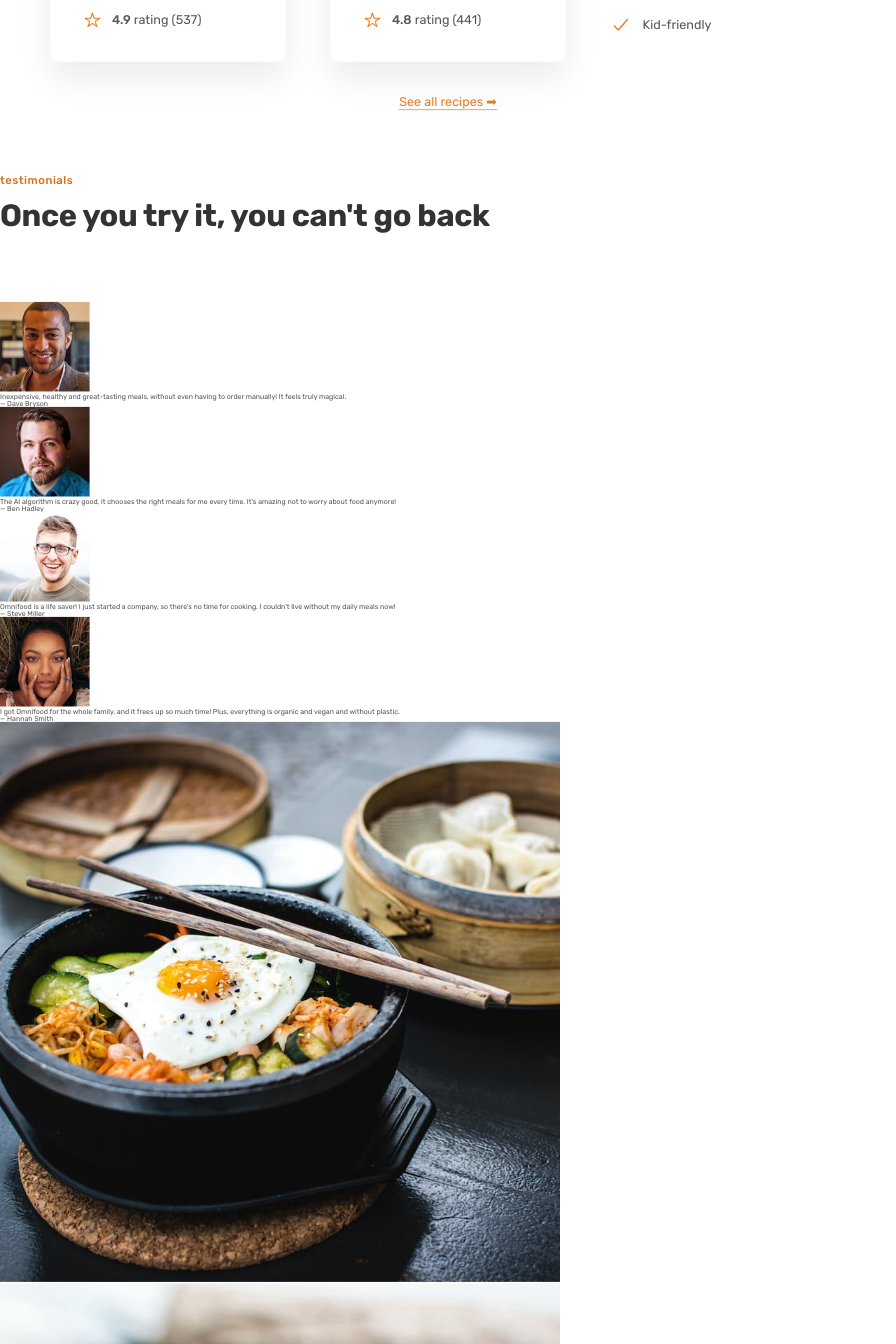
Repository: TranPhucThinh/Omnifood
Page: index.html
The author's editor kept a copy of each file at every save. The page is drawn from the files as they stood at one save, then again after the next save.
The browser window is 1280 px wide. The pictures show the part of the page from y = 3346 to 5266 px (the page is 14001 px tall before and 13220 px after), at 70% of full size.

Above is the page before, as saved 2022-08-06 21:33:51.

### index.html
<!DOCTYPE html>
<html lang="en">

<head>
    <meta charset="UTF-8">
    <meta http-equiv="X-UA-Compatible" content="IE=edge">
    <meta name="viewport" content="width=device-width, initial-scale=1.0">

    <link rel="preconnect" href="https://fonts.googleapis.com">
    <link rel="preconnect" href="https://fonts.gstatic.com" crossorigin>
    <link href="https://fonts.googleapis.com/css2?family=Rubik:wght@300;400;500;600;700;800;900&display=swap"
        rel="stylesheet">

    <link rel="stylesheet" href="./assets/styles/general.css">
    <link rel="stylesheet" href="./assets/styles/style.css">

    <title>Omnifood</title>
</head>

<body>
    <!-- SECTION HEADER -->
    <div class="header">
        <a href="#">
            <img src="./assets/imgs/omnifood-logo.png" alt="Omnifood logo" class="header-logo">
        </a>
        <nav class="main-nav">
            <ul class="main-nav-list">
                <li>
                    <a href="#" class="main-nav-link">How it works</a>
                </li>
                <li>
                    <a href="#" class="main-nav-link">Meals</a>
                </li>
                <li>
                    <a href="#" class="main-nav-link">Testimonials</a>
                </li>
                <li>
                    <a href="#" class="main-nav-link">Pricing</a>
                </li>
                <li>
                    <a href="#" class="main-nav-link nav-btn">Try for free</a>
                </li>
            </ul>
        </nav>
    </div>
    <!-- End of SECTION HEADER -->

    <!-- SECTION HERO -->
    <section class="section-hero">
        <div class="hero">
            <div class="hero-text-box">
                <h1 class="heading-primary">A healthy meal delivered to your door, every single day</h1>
                <p class="hero-desc margin-bottom-md">The smart 365-days-per-year food subscription that will make you
                    eat healthy again.
                    Tailored to your personal tastes and nutritional needs.</p>
                <a href="#" class="btn btn--full margin-right-sm">Start eating well</a>
                <a href="#" class="btn btn--outline">Learn more ⬇</a>
                <div class="delivered-meals">
                    <div class="delivered-imgs">
                        <img src="./assets/imgs/customers/customer-1.jpg" alt="customer 1">
                        <img src="./assets/imgs/customers/customer-2.jpg" alt="customer 2">
                        <img src="./assets/imgs/customers/customer-3.jpg" alt="customer 3">
                        <img src="./assets/imgs/customers/customer-4.jpg" alt="customer 4">
                        <img src="./assets/imgs/customers/customer-5.jpg" alt="customer 5">
                        <img src="./assets/imgs/customers/customer-6.jpg" alt="customer 6">
                    </div>
                    <p class="delivered-text">
                        <span>250,000+</span> meals delivered last year!
                    </p>
                </div>
            </div>
            <div class="hero-img-box">
                <img src="./assets/imgs/hero.png"
                    alt="woman enjoy food, meals in storage container, and food bowls on a table" class="hero-img">
            </div>
        </div>
    </section>
    <!-- End of SECTION HERO -->

    <!-- SECTION FEATURED -->
    <section class="section-featured">
        <div class="container">
            <h2 class="heading-feature-in">As featured in</h2>
            <div class="logos">
                <img src="./assets/imgs/logos/techcrunch.png" alt="Techcrunch logo">
                <img src="./assets/imgs/logos/business-insider.png" alt="business insider logo">
                <img src="./assets/imgs/logos/the-new-york-times.png" alt="The new york time logo">
                <img src="./assets/imgs/logos/forbes.png" alt="Forbes logo">
                <img src="./assets/imgs/logos/usa-today.png" alt="Usa today logo">
            </div>
        </div>
    </section>
    <!-- End of SECTION FEATURED -->

    <!-- SECTION HOW IT WORKS -->
    <section class="section-how">
        <div class="container">
            <p class="subheading">HOW IT WORKS</p>
            <h2 class="heading-secondary">Your daily dose of health in 3 simple steps</h2>
        </div>
        <div class="container grid grid--2-cols grid--center-vertical">
            <!-- STEP 1 -->
            <div class="step-text-box">
                <div class="step-number">01</div>
                <h3 class="heading-tertiary">Tell us what you like (and what not)</h3>
                <p class="step-desc">Never again waste time thinking about what to eat! Omnifood AI will create a 100%
                    personalized weekly meal plan just for you. It makes sure you get all the nutrients and vitamins you
                    need, no matter what diet you follow!</p>
            </div>
            <div class="step-img-box">
                <img src="./assets/imgs/app/app-screen-1.png" alt="iPhone app preferences selection screen"
                    class="step-img">
            </div>

            <!-- STEP 2 -->
            <div class="step-img-box">
                <img src="./assets/imgs/app/app-screen-2.png" alt="iPhone app
                meal approving plan screen" class="step-img">
            </div>
            <div class="step-text-box">
                <div class="step-number">02</div>
                <h3 class="heading-tertiary">Approve your weekly meal plan</h3>
                <p class="step-desc">Once per week, approve the meal plan generated for you by Omnifood AI. You can
                    change ingredients, swap entire meals, or even add your own recipes.</p>
            </div>

            <!-- STEP 3 -->
            <div class="step-text-box">
                <div class="step-number">03</div>
                <h3 class="heading-tertiary">Receive meals at convenient time</h3>
                <p class="step-desc">Best chefs in town will cook your selected meal every day, and we will deliver it
                    to your door whenever works best for you. You can change delivery schedule and address daily!</p>
            </div>
            <div class="step-img-box">
                <img src="./assets/imgs/app/app-screen-3.png" alt="iPhone app
                delivery screen" class="step-img">
            </div>
        </div>
    </section>
    <!-- End of SECTION HOW IT WORKS -->

    <!-- SECTION MEALS -->
    <section class="section-meals">
        <div class="container center-text">
            <p class="subheading">Meals</p>
            <h2 class="heading-secondary">Omnifood AI chooses from 5,000+ recipes</h2>
        </div>
        <div class="container grid grid--3-cols margin-bottom-md">
            <div class="meal">
                <img src="./assets/imgs/meals/meal-1.jpg" alt="Japanese Gyozas" class="meal-img">
                <div class="meal-content">
                    <div class="meal-tag">
                        <p class="tag tag--vegetarian">vegetarian</p>
                    </div>
                    <p class="meal-title">Japanese Gyozas</p>
                    <ul class="meal-attributes">
                        <li class="meal-attribute">
                            <ion-icon class="meal-icon" name="flame-outline"></ion-icon>
                            <span><strong>650</strong> calories</span>
                        </li>
                        <li class="meal-attribute">
                            <ion-icon class="meal-icon" name="restaurant-outline"></ion-icon>
                            <span>NutriScore ® <strong>74</strong></span>
                        </li>
                        <li class="meal-attribute">
                            <ion-icon class="meal-icon" name="star-outline"></ion-icon>
                            <span><strong>4.9</strong> rating (537)</span>
                        </li>
                    </ul>
                </div>
            </div>
            <div class="meal">
                <img src="./assets/imgs/meals/meal-2.jpg" alt="Avocado Salad" class="meal-img">
                <div class="meal-content">
                    <div class="meal-tag">
                        <p class="tag tag--vegan">vegan</p>
                        <p class="tag tag---paleo">paleo</p>
                    </div>
                    <p class="meal-title">Avocado Salad</p>
                    <ul class="meal-attributes">
                        <li class="meal-attribute">
                            <ion-icon class="meal-icon" name="flame-outline"></ion-icon>
                            <span><strong>400</strong> calories</span>
                        </li>
                        <li class="meal-attribute">
                            <ion-icon class="meal-icon" name="restaurant-outline"></ion-icon>
                            <span>NutriScore ® <strong>92</strong></span>
                        </li>
                        <li class="meal-attribute">
                            <ion-icon class="meal-icon" name="star-outline"></ion-icon>
                            <span><strong>4.8</strong> rating (441)</span>
                        </li>
                    </ul>
                </div>
            </div>
            <div class="diet">
                <h3 class="heading-tertiary">Works with any diet:</h3>
                <ul class="list">
                    <li class="list-item">
                        <ion-icon class="list-icon" name="checkmark-outline"></ion-icon>
                        <span>Vegetarian</span>
                    </li>
                    <li class="list-item">
                        <ion-icon class="list-icon" name="checkmark-outline"></ion-icon>
                        <span>Vegan</span>
                    </li>
                    <li class="list-item">
                        <ion-icon class="list-icon" name="checkmark-outline"></ion-icon>
                        <span>Pescatarian</span>
                    </li>
                    <li class="list-item">
                        <ion-icon class="list-icon" name="checkmark-outline"></ion-icon>
                        <span>Gluten-free</span>
                    </li>
                    <li class="list-item">
                        <ion-icon class="list-icon" name="checkmark-outline"></ion-icon>
                        <span>Lactose-free</span>
                    </li>
                    <li class="list-item">
                        <ion-icon class="list-icon" name="checkmark-outline"></ion-icon>
                        <span>Keto</span>
                    </li>
                    <li class="list-item">
                        <ion-icon class="list-icon" name="checkmark-outline"></ion-icon>
                        <span>Paleo</span>
                    </li>
                    <li class="list-item">
                        <ion-icon class="list-icon" name="checkmark-outline"></ion-icon>
                        <span>Low FODMAP</span>
                    </li>
                    <li class="list-item">
                        <ion-icon class="list-icon" name="checkmark-outline"></ion-icon>
                        <span>Kid-friendly</span>
                    </li>
                </ul>
            </div>
        </div>
        <div class="container all-recipes center-text">
            <a href="#" class="link">See all recipes ➡</a>
        </div>
    </section>
    <!-- End of SECTION MEALS -->

    <!-- SECTION TESTIMONIALS -->
    <div class="section-testimonials">
        <div class="testimonials-container">
            <div class="subheading">testimonials</div>
            <div class="heading-secondary">Once you try it, you can't go back</div>
            <div class="testimonials">
                <div class="testimonial">
                    <img src="./assets/imgs/customers/dave.jpg" alt="Photo of customer Dave Bryson"
                        class="testimonial-img">
                    <blockquote class="testimonial-text">Inexpensive, healthy and great-tasting meals, without even
                        having to order manually! It feels truly magical.</blockquote>
                    <p class="testimonial-name">— Dave Bryson</p>
                </div>
                <div class="testimonial">
                    <img src="./assets/imgs/customers/ben.jpg" alt="Photo of customer Ben Hadley"
                        class="testimonial-img">
                    <blockquote class="testimonial-text">The AI algorithm is crazy good, it chooses the right meals for
                        me every time. It's amazing not to worry about food anymore!</blockquote>
                    <p class="testimonial-name">— Ben Hadley</p>
                </div>
                <div class="testimonial">
                    <img src="./assets/imgs/customers/steve.jpg" alt="Photo of customer Steve Miller"
                        class="testimonial-img">
                    <blockquote class="testimonial-text">Omnifood is a life saver! I just started a company, so there's
                        no time for cooking. I couldn't live without my daily meals now!</blockquote>
                    <p class="testimonial-name">— Steve Miller</p>
                </div>
                <div class="testimonial">
                    <img src="./assets/imgs/customers/hannah.jpg" alt="Photo of customer Hannah Smith"
                        class="testimonial-img">
                    <blockquote class="testimonial-text">I got Omnifood for the whole family, and it frees up so much
                        time! Plus, everything is organic and vegan and without plastic.</blockquote>
                    <p class="testimonial-name">— Hannah Smith</p>
                </div>
            </div>
        </div>
        <div class="gallery">
            <img src="./assets/imgs/gallery/gallery-1.jpg" alt="Photo of beautifully arranged food"
                class="gallery-item">
            <img src="./assets/imgs/gallery/gallery-2.jpg" alt="Photo of beautifully arranged food"
                class="gallery-item">
            <img src="./assets/imgs/gallery/gallery-3.jpg" alt="Photo of beautifully arranged food"
                class="gallery-item">
            <img src="./assets/imgs/gallery/gallery-4.jpg" alt="Photo of beautifully arranged food"
                class="gallery-item">
            <img src="./assets/imgs/gallery/gallery-5.jpg" alt="Photo of beautifully arranged food"
                class="gallery-item">
            <img src="./assets/imgs/gallery/gallery-6.jpg" alt="Photo of beautifully arranged food"
                class="gallery-item">
            <img src="./assets/imgs/gallery/gallery-7.jpg" alt="Photo of beautifully arranged food"
                class="gallery-item">
            <img src="./assets/imgs/gallery/gallery-8.jpg" alt="Photo of beautifully arranged food"
                class="gallery-item">
            <img src="./assets/imgs/gallery/gallery-9.jpg" alt="Photo of beautifully arranged food"
                class="gallery-item">
            <img src="./assets/imgs/gallery/gallery-10.jpg" alt="Photo of beautifully arranged food"
                class="gallery-item">
            <img src="./assets/imgs/gallery/gallery-11.jpg" alt="Photo of beautifully arranged food"
                class="gallery-item">
            <img src="./assets/imgs/gallery/gallery-12.jpg" alt="Photo of beautifully arranged food"
                class="gallery-item">
        </div>
    </div>
    <!-- End of SECTION TESTIMONIALS -->

    <script type="module" src="https://unpkg.com/ionicons@5.5.2/dist/ionicons/ionicons.esm.js"></script>
    <script nomodule src="https://unpkg.com/ionicons@5.5.2/dist/ionicons/ionicons.js"></script>
</body>

</html>

### assets/styles/general.css
* {
  margin: 0;
  padding: 0;
  box-sizing: border-box;
}

html {
  font-size: 62.5%;
}

body {
  font-family: 'Rubik', sans-serif;
  line-height: 1;
  font-weight: 400;
  color: #555;
}

/* GENERAL REUSABLE COMPONENTS */
.container {
  max-width: 120rem;
  padding: 0 3.2rem;
  margin: 0 auto;
}

.grid {
  display: grid;
  row-gap: 9.6rem;
  column-gap: 6.4rem;
}

.grid--2-cols {
  grid-template-columns: repeat(2, 1fr);
}

.grid--3-cols {
  grid-template-columns: repeat(3, 1fr);
}

.grid--4-cols {
  grid-template-columns: repeat(4, 1fr);
}

.grid--center-vertical {
  align-items: center;
}

.heading-primary,
.heading-secondary,
.heading-tertiary {
  letter-spacing: -0.5px;
  color: #333;
  font-weight: 700;
}

.heading-primary {
  line-height: 1.05;
  font-size: 5.2rem;
  margin-bottom: 3.2rem;
}

.heading-secondary {
  font-size: 4.4rem;
  line-height: 1.2;
  margin-bottom: 9.6rem;
}

.heading-tertiary {
  font-size: 3rem;
  line-height: 1.2;
  margin-bottom: 3.2rem;
}

.subheading {
  font-size: 1.6rem;
  color: #cf711f;
  margin-bottom: 1.6rem;
  font-weight: 500;
  letter-spacing: 0.75px;
}

.hero-text-box .btn:link,
.hero-text-box .btn:visited {
  text-decoration: none;
  font-size: 2rem;
  font-weight: 600;
  display: inline-block;
  border-radius: 8px;
  padding: 1.6rem 3.2rem;
  transition: all 0.3s;
}

.hero-text-box .btn--full:link,
.hero-text-box .btn--full:visited {
  color: #fff;
  background-color: #e67e22;
}

.hero-text-box .btn--full:hover,
.hero-text-box .btn--full:active {
  background-color: #cf711f;
}

.hero-text-box .btn--outline:link,
.hero-text-box .btn--outline:visited {
  color: #555;
  background-color: #fff;
  border: -4px solid #fff;
}

.hero-text-box .btn--outline:hover,
.hero-text-box .btn--outline:active {
  background-color: #fdf2e9;
}

.step-img-box::before,
.step-img-box::after {
  content: '';
  display: block;
  position: absolute;
  top: 50%;
  left: 50%;
  transform: translate(-50%, -50%);
  border-radius: 50%;
}

.center-text {
  text-align: center;
}

.margin-right-sm {
  margin-right: 1.6rem !important;
}

.margin-bottom-md {
  margin-bottom: 4.8rem !important;
}
/* END of GENERAL REUSABLE COMPONENTS */

### assets/styles/style.css
/* Section Header */
.header {
  display: flex;
  justify-content: space-between;
  height: 9.6rem;
  align-items: center;
  padding: 0 4.8rem;
  background-color: #fdf2e9;
}

.header-logo {
  height: 2.2rem;
}

.main-nav-list {
  display: flex;
  list-style-type: none;
  gap: 3.2rem;
}

.main-nav-link:link,
.main-nav-link:visited {
  text-decoration: none;
  font-size: 1.8rem;
  color: #333;
  font-weight: 500;
  transition: all 0.3s;
}

.main-nav-link:hover,
.main-nav-link:active {
  color: #cf711f;
}

.main-nav-link.nav-btn:link,
.main-nav-link.nav-btn:visited {
  padding: 1.2rem 2.4rem;
  border-radius: 9px;
  background-color: #e67e22;
  color: #fff;
}

.main-nav-link.nav-btn:hover,
.main-nav-link.nav-btn:active {
  color: #fff;
  background-color: #cf711f;
}
/* End of Section Header */

/* Section Hero */
.section-hero {
  background-color: #fdf2e9;
  padding: 4.8rem 0 9.6rem;
}

.hero {
  max-width: 130rem;
  margin: 0 auto;
  display: grid;
  grid-template-columns: 1fr 1fr;
  gap: 9.6rem;
  padding: 0 3.2rem;
  align-items: center;
}

.hero-text-box .hero-desc {
  font-size: 2rem;
  color: #555;
  line-height: 1.6;
  /* margin-bottom: 4.8rem; */
}

.hero-img-box .hero-img {
  width: 100%;
}

.delivered-meals {
  margin-top: 8rem;
  display: flex;
  align-items: center;
  gap: 1.6rem;
}

.delivered-imgs {
  display: flex;
}

.delivered-imgs img {
  width: 4.8rem;
  height: 4.8rem;
  border-radius: 50%;
  border: 3px solid #fff;
  margin-right: -1.6rem;
}

.delivered-imgs img:last-child {
  margin-right: 0;
}

.delivered-text {
  font-size: 1.8rem;
  font-weight: 600;
}

.delivered-text span {
  font-weight: 700;
  color: #cf711f;
}
/* End of Section Hero */

/* Section featured */
.section-featured {
  padding: 4.8rem 0 3.2rem;
}
.logos {
  display: flex;
  justify-content: space-around;
}

.heading-feature-in {
  font-size: 1.4rem;
  text-transform: uppercase;
  letter-spacing: 0.75px;
  font-weight: 500;
  color: #888;
  text-align: center;
  margin-bottom: 2.4rem;
}

.section-featured img {
  height: 3.2rem;
  filter: brightness(0%);
  opacity: 0.5;
}
/* End of Section featured */

/* Section how it works */
.section-how {
  padding: 9.6rem 0;
}
.step-number {
  font-size: 8.6rem;
  color: #ddd;
  font-weight: 600;
  margin-bottom: 1.2rem;
}

.step-desc {
  font-size: 1.8rem;
  color: #555;
  line-height: 1.8;
}

.step-img-box {
  text-align: center;
  position: relative;
}

.step-img-box::before {
  width: 60%;
  padding-bottom: 60%;

  background-color: #fdf2e9;
  z-index: -2;
}

.step-img-box::after {
  width: 45%;
  padding-bottom: 45%;
  background-color: #fae5d3;
  z-index: -1;
}

.step-img {
  width: 35%;
}
/* End of Section how it works */

/* Section meals */
.section-meals {
  padding: 9.6rem 0;
}
.meal {
  border-radius: 12px;
  overflow: hidden;
  box-shadow: 0 2.4rem 4.8rem rgb(0 0 0 / 8%);
  transition: all 0.4s;
}

.meal:hover {
  transform: translateY(-1.2rem);
}

.meal-img {
  width: 100%;
  display: block;
}

.meal-content {
  padding: 3.2rem 4.8rem 4.8rem;
}

.meal-tag {
  margin-bottom: 1.2rem;
}

.tag {
  display: inline-block;
  font-size: 1.2rem;
  text-transform: uppercase;
  color: #333;
  font-weight: 600;
  padding: 4px 8px;
  border-radius: 12px;
}

.tag--vegetarian {
  background-color: #51cf66;
}

.tag--vegan {
  background-color: #94d82d;
  margin-right: 2px;
}

.tag---paleo {
  background-color: #ffd43b;
}

.meal-title {
  font-size: 2.4rem;
  color: #333;
  font-weight: 600;
  margin-bottom: 3.2rem;
}

.meal-attributes {
  list-style-type: none;
  display: flex;
  flex-direction: column;
  justify-content: space-between;
  gap: 2rem;
}

.meal-attribute {
  font-size: 1.8rem;
  display: flex;
  gap: 1.6rem;
  align-items: center;
}

.meal-attribute strong {
  font-weight: 500;
}

.meal-attribute .meal-icon {
  width: 2.4rem;
  height: 2.4rem;
  color: #e67e22;
}

.list {
  list-style-type: none;
  display: flex;
  flex-direction: column;
  gap: 1.6rem;
}

.list-item {
  display: flex;
  gap: 1.6rem;
  align-items: center;
  font-size: 1.8rem;
}

.list-icon {
  width: 3rem;
  height: 3rem;
  color: #e67e22;
}

.link:link,
.link:visited {
  font-size: 1.8rem;
  border-bottom: 1px solid #e67e22;
  color: #e67e22;
  text-decoration: none;
  transition: all 0.3s;
}

.link:hover,
.link:active {
  color: #cf711f;
  border-bottom: 1px solid transparent;
}
/* End of Section meals */

/* Section Testimonials */
.section-testimonials {
  display: grid;
}
/* End of Section Testimonials */

After the next save:
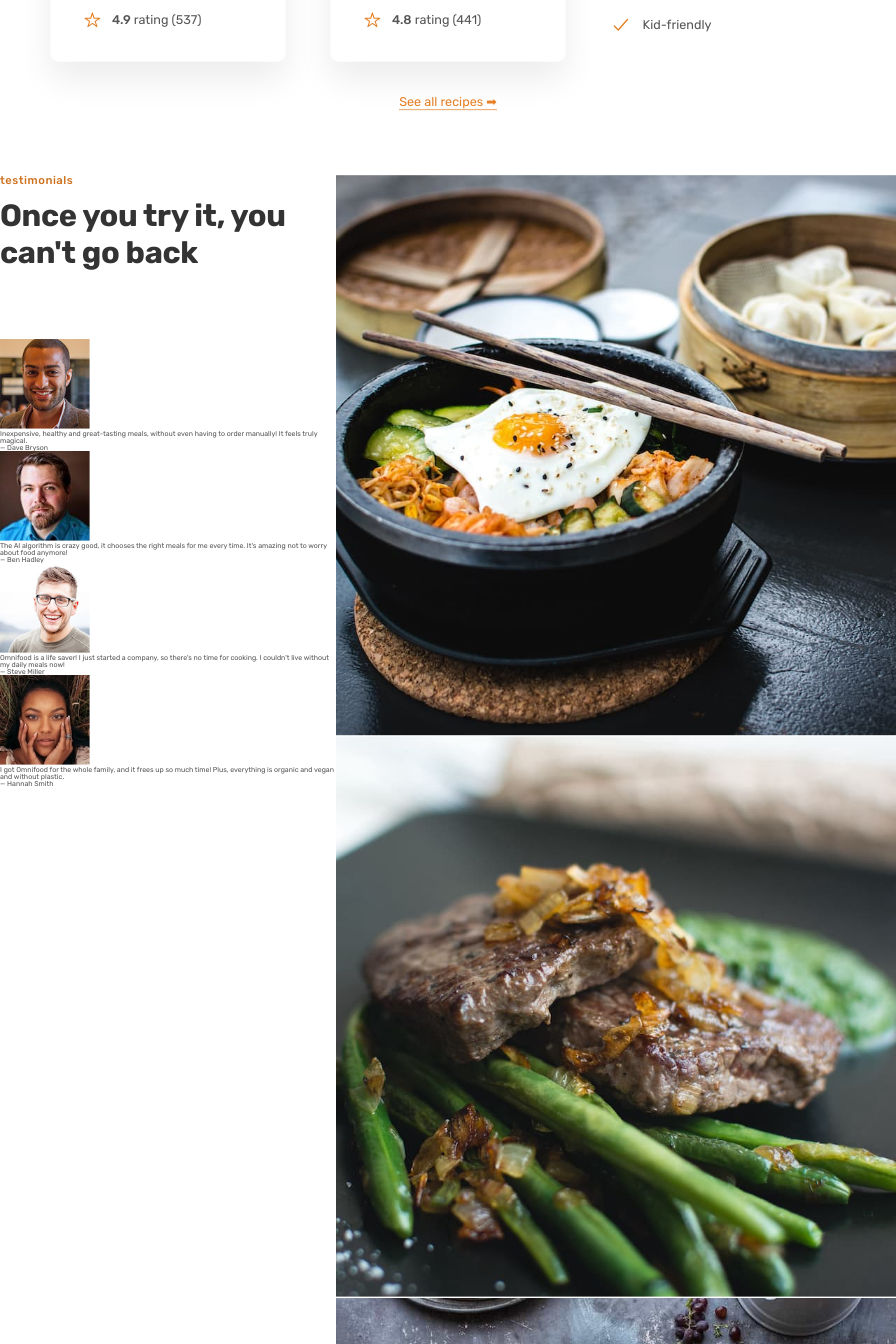
Saved 17 s later.
--- a/assets/styles/style.css
+++ b/assets/styles/style.css
@@ -298,5 +298,6 @@
 /* Section Testimonials */
 .section-testimonials {
   display: grid;
+  grid-template-columns: 55fr 45fr;
 }
 /* End of Section Testimonials */
